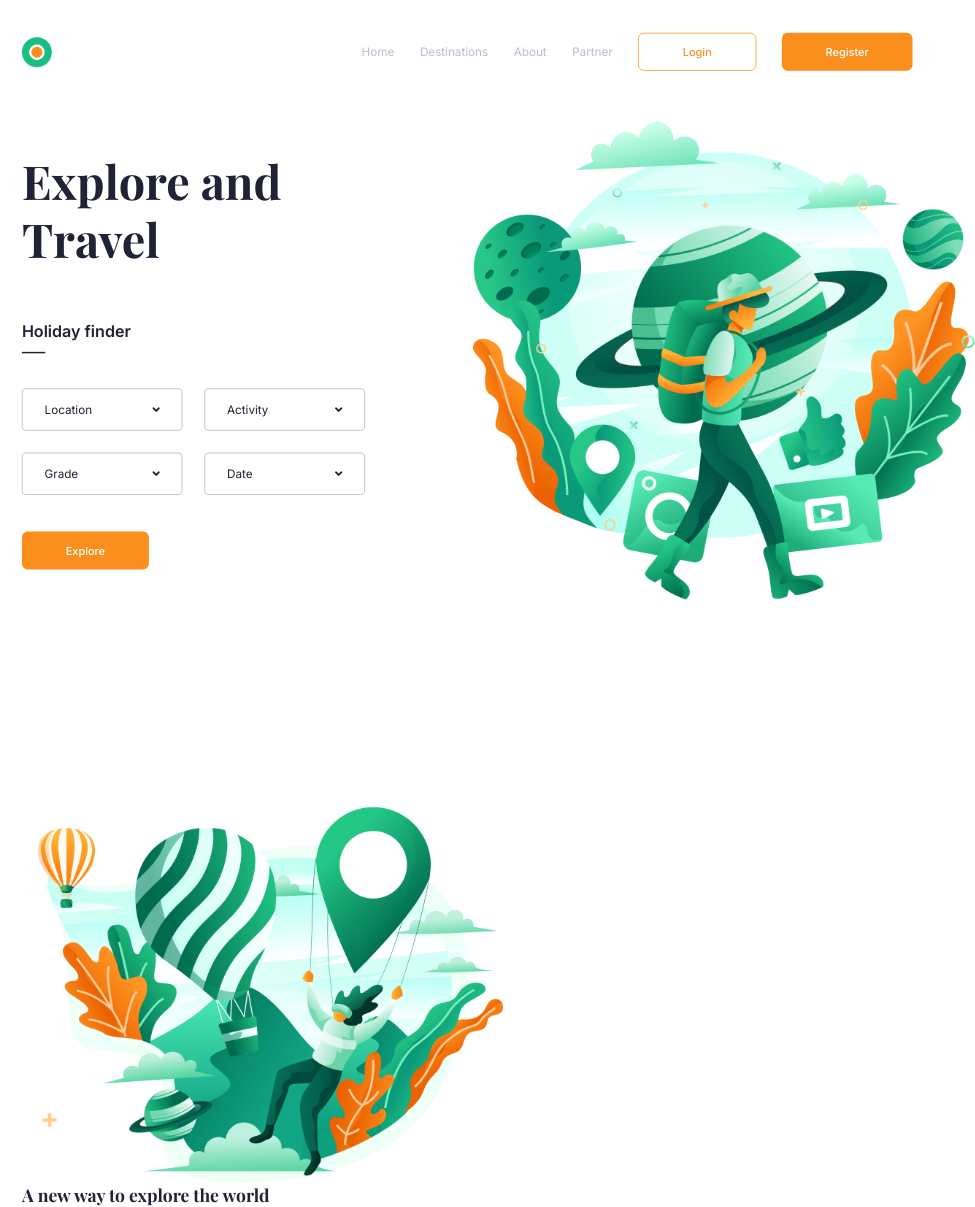
Repository: long5122000/sunny
Page: index.html
These files come from the project's save history. The page is drawn as it stood at one moment and after the next save; the edit follows.
The browser window is 1280 px wide. The page is 1335 px wide, so the pictures cover 1335 px, including what lies to the right of the window. The pictures show the whole page, at 73% of full size.
The style sheet was rebuilt from its Sass, Less or Tailwind sources for each picture, by a compiler version that may differ from the author's.

Above is the page before, as saved 2021-11-24 21:10:36.

After the next save:
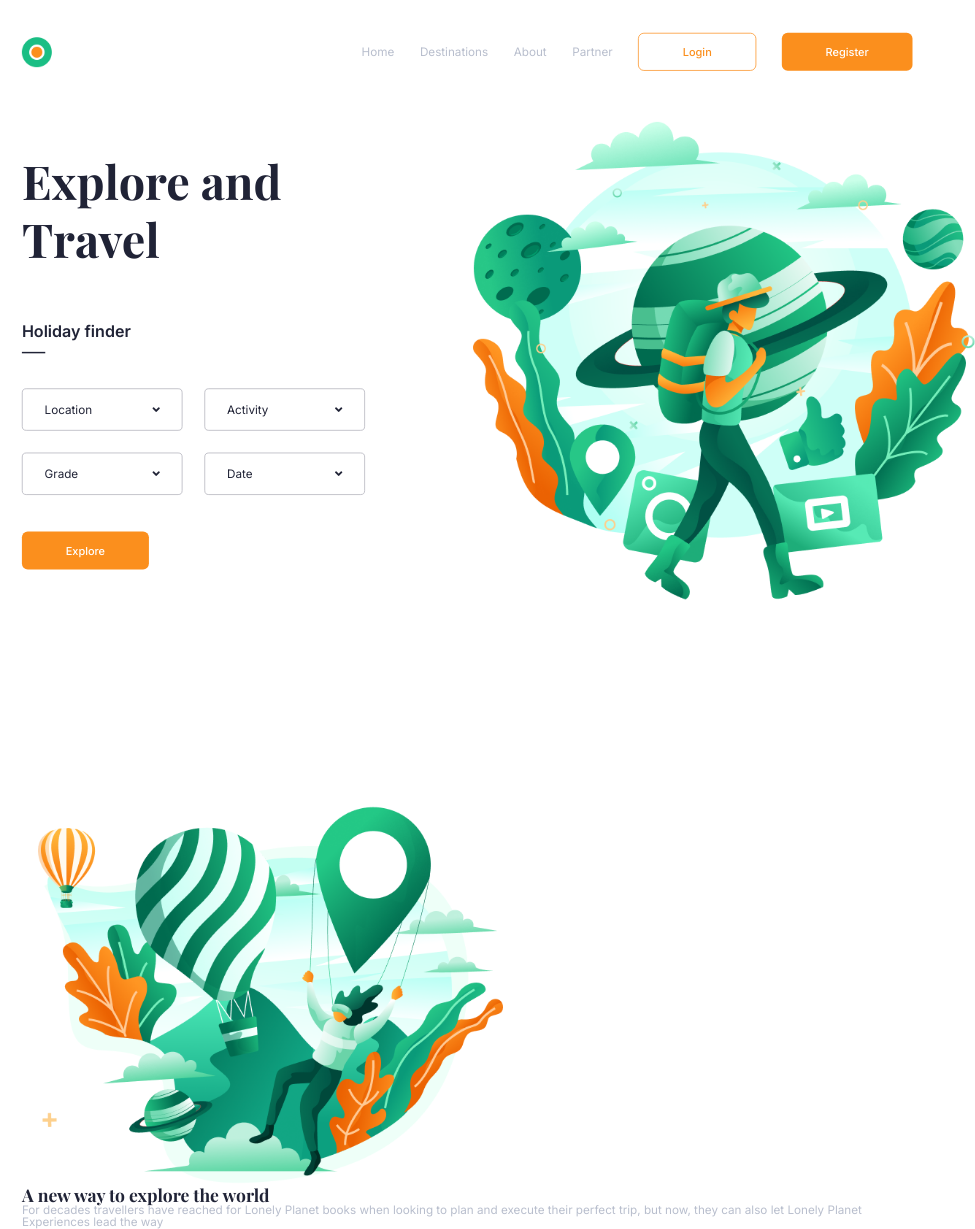
Saved 28 s later.
--- a/index.html
+++ b/index.html
@@ -117,6 +117,11 @@
               </div>
               <div class="explore-content">
                 <h2 class="heading">A new way to explore the world</h2>
+                <p class="text">
+                  For decades travellers have reached for Lonely Planet books
+                  when looking to plan and execute their perfect trip, but now,
+                  they can also let Lonely Planet Experiences lead the way
+                </p>
               </div>
             </div>
           </div>
